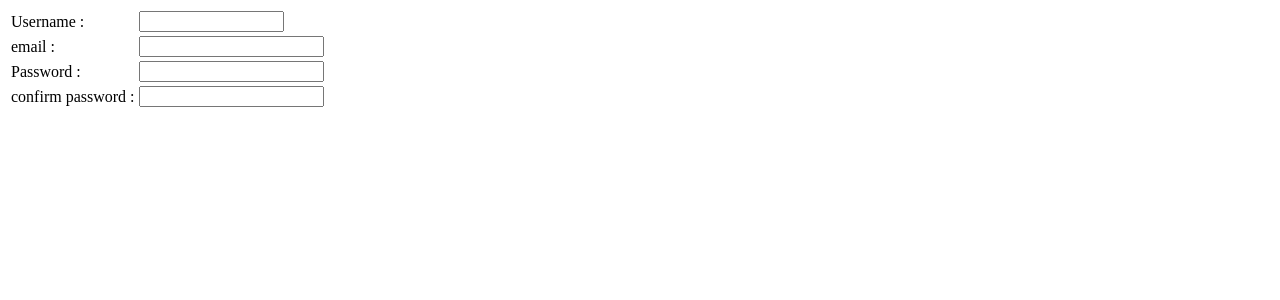
Repository: betardev/SocialProj
Page: http://localhost/SocialProjCustomers/CustomerRegistration/RegistrationForm.jsp
These files come from the project's save history. The page is drawn as it stood at one moment and after the next save; the edit follows.
The browser window is 1280 px wide. The pictures show the whole page.
The page is served by Tomcat 9.

Above is the page before, as saved 2017-06-12 15:05:49.

After the next save:
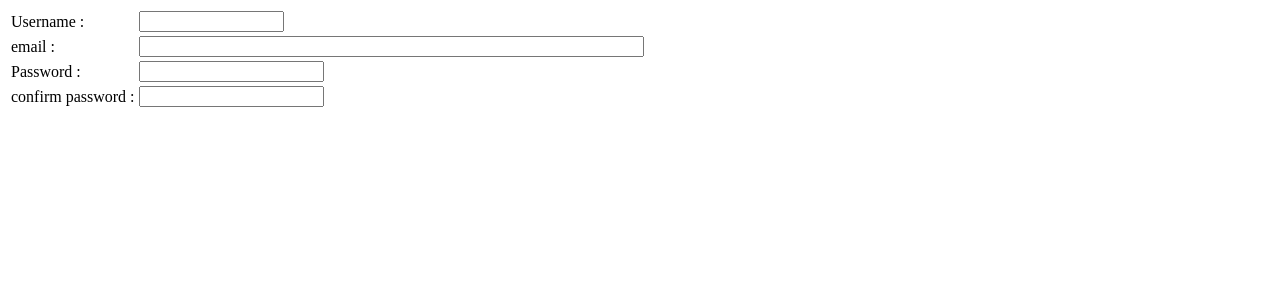
Saved 10 s later.
--- a/SocialProjCustomers/WebContent/CustomerRegistration/RegistrationForm.jsp
+++ b/SocialProjCustomers/WebContent/CustomerRegistration/RegistrationForm.jsp
@@ -16,7 +16,7 @@
   </tr>
   <tr>
    <td> email :  </td>
-   <td> <input name = "email"/>  </td>
+   <td> <input name = "email" size = 60/>  </td>
   </tr>
   <tr>
    <td> Password :  </td>
